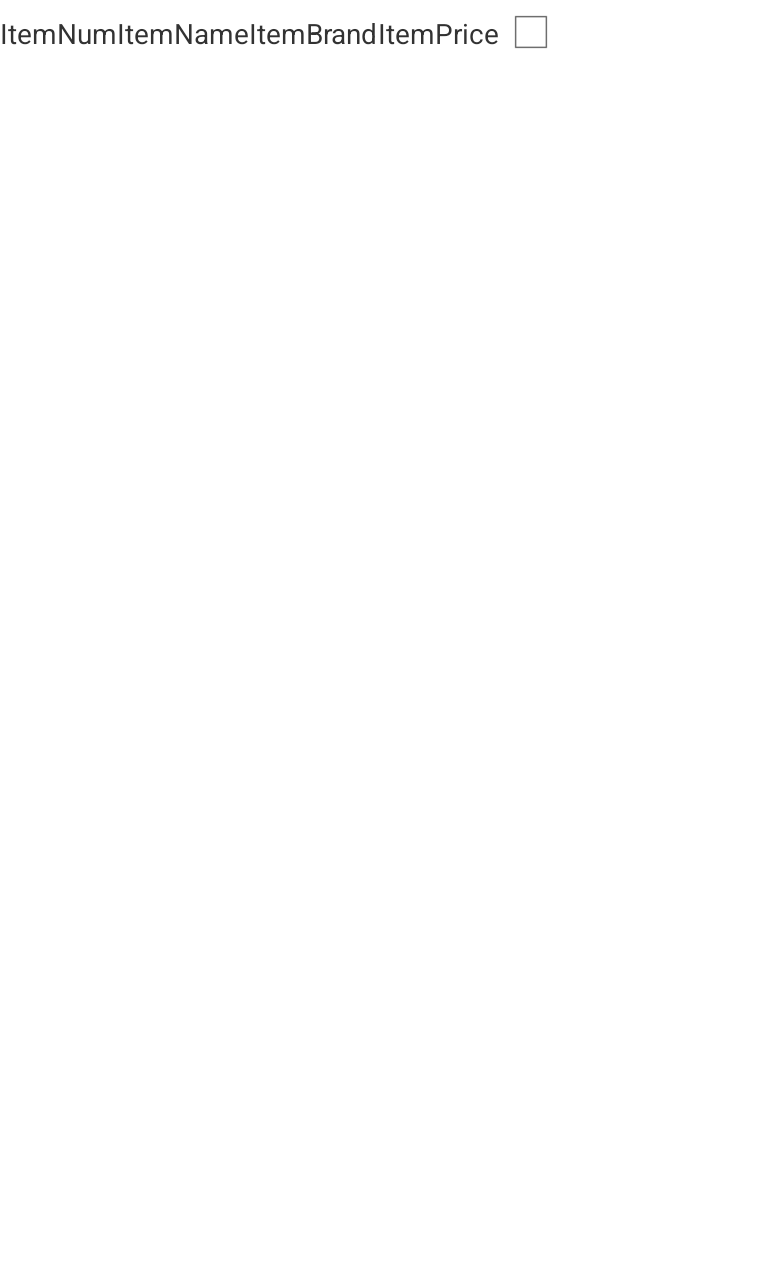
Repository: Ormbzzzy/gracek_apk
Layout: MIA/res/layout/row.xml
These files come from the project's save history. The layout is drawn as it stood at one moment and after the next save; the edit follows.
It is drawn on a 768 x 1280 px phone screen (xhdpi) without system bars, with theme AppTheme; the app's code is not run.

Above is the layout before, as saved 2014-01-29 01:26:21.

### MIA/res/layout/row.xml
<?xml version="1.0" encoding="utf-8"?>
<LinearLayout xmlns:android="http://schemas.android.com/apk/res/android"
    android:id="@+id/listItem"
    android:layout_width="match_parent"
    android:layout_height="wrap_content"
    android:orientation="horizontal"
    android:weightSum="100">

    <TextView
        android:id="@+id/itemNum"
        android:layout_width="wrap_content"
        android:layout_height="wrap_content"
        android:text="ItemNum" />

    <TextView
        android:id="@+id/itemName"
        android:layout_width="wrap_content"
        android:layout_height="wrap_content"
        android:text="ItemName" />

    <TextView
        android:id="@+id/itemBrand"
        android:layout_width="wrap_content"
        android:layout_height="wrap_content"
        android:text="ItemBrand" />

    <TextView
        android:id="@+id/itemPrice"
        android:layout_width="wrap_content"
        android:layout_height="wrap_content"
        android:text="ItemPrice" />

    <CheckBox
        android:id="@+id/itemScanned"
        android:layout_width="wrap_content"
        android:layout_height="wrap_content"
        android:clickable="false" />

</LinearLayout>

### MIA/res/drawable-xhdpi/mia_theme_drawable.xml
<?xml version="1.0" encoding="utf-8"?>
<shape xmlns:android="http://schemas.android.com/apk/res/android"
    android:shape="rectangle">

    <solid android:color="@color/coolred"/>


</shape>

Loaded but not shown: MIA/res/values/styles.xml (common file); MIA/res/values-v11/styles.xml (common file); MIA/res/values-v14/styles.xml (common file)

After the next save:
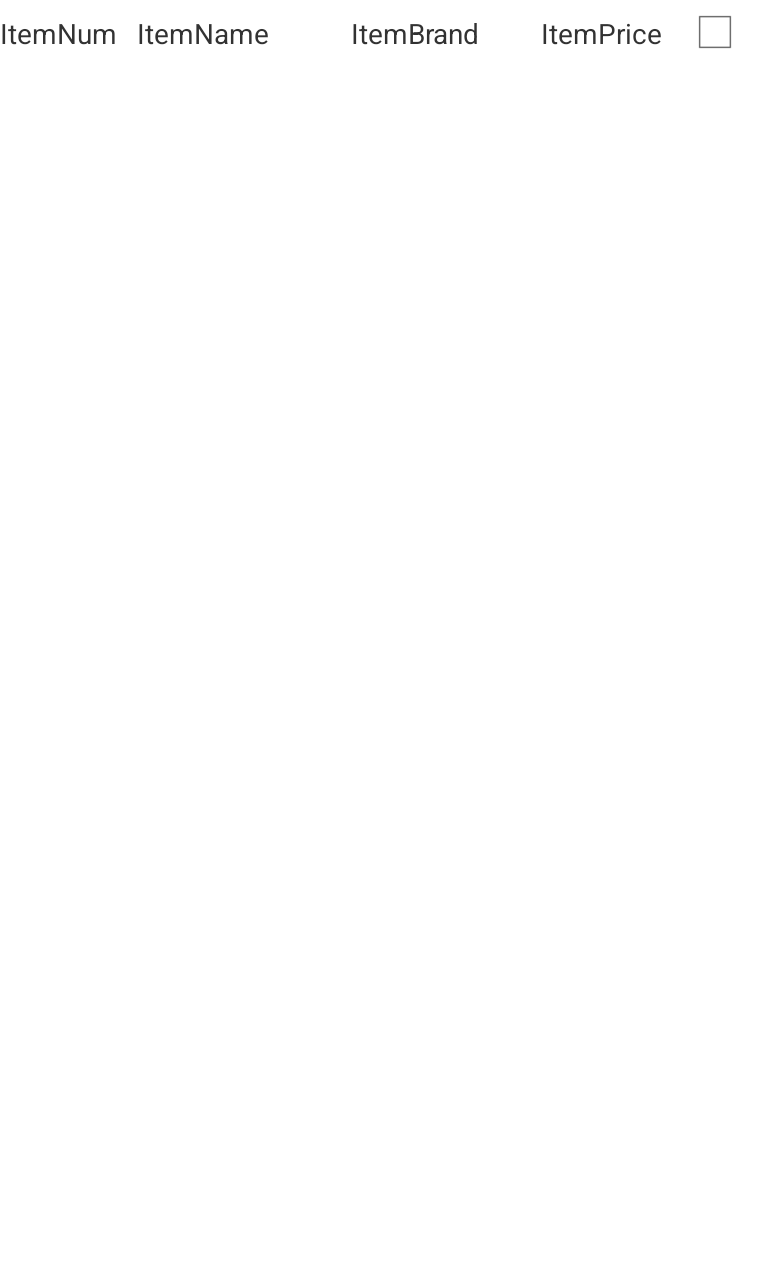
Saved 81 s later.
--- a/MIA/res/layout/row.xml
+++ b/MIA/res/layout/row.xml
@@ -4,36 +4,41 @@
     android:layout_width="match_parent"
     android:layout_height="wrap_content"
     android:orientation="horizontal"
-    android:weightSum="100">
+    android:weightSum="100" >
 
     <TextView
         android:id="@+id/itemNum"
         android:layout_width="wrap_content"
         android:layout_height="wrap_content"
+        android:layout_weight="10"
         android:text="ItemNum" />
 
     <TextView
         android:id="@+id/itemName"
         android:layout_width="wrap_content"
         android:layout_height="wrap_content"
+        android:layout_weight="40"
         android:text="ItemName" />
 
     <TextView
         android:id="@+id/itemBrand"
         android:layout_width="wrap_content"
         android:layout_height="wrap_content"
+        android:layout_weight="30"
         android:text="ItemBrand" />
 
     <TextView
         android:id="@+id/itemPrice"
         android:layout_width="wrap_content"
         android:layout_height="wrap_content"
+        android:layout_weight="10"
         android:text="ItemPrice" />
 
     <CheckBox
         android:id="@+id/itemScanned"
         android:layout_width="wrap_content"
         android:layout_height="wrap_content"
+        android:layout_weight="10"
         android:clickable="false" />
 
 </LinearLayout>
